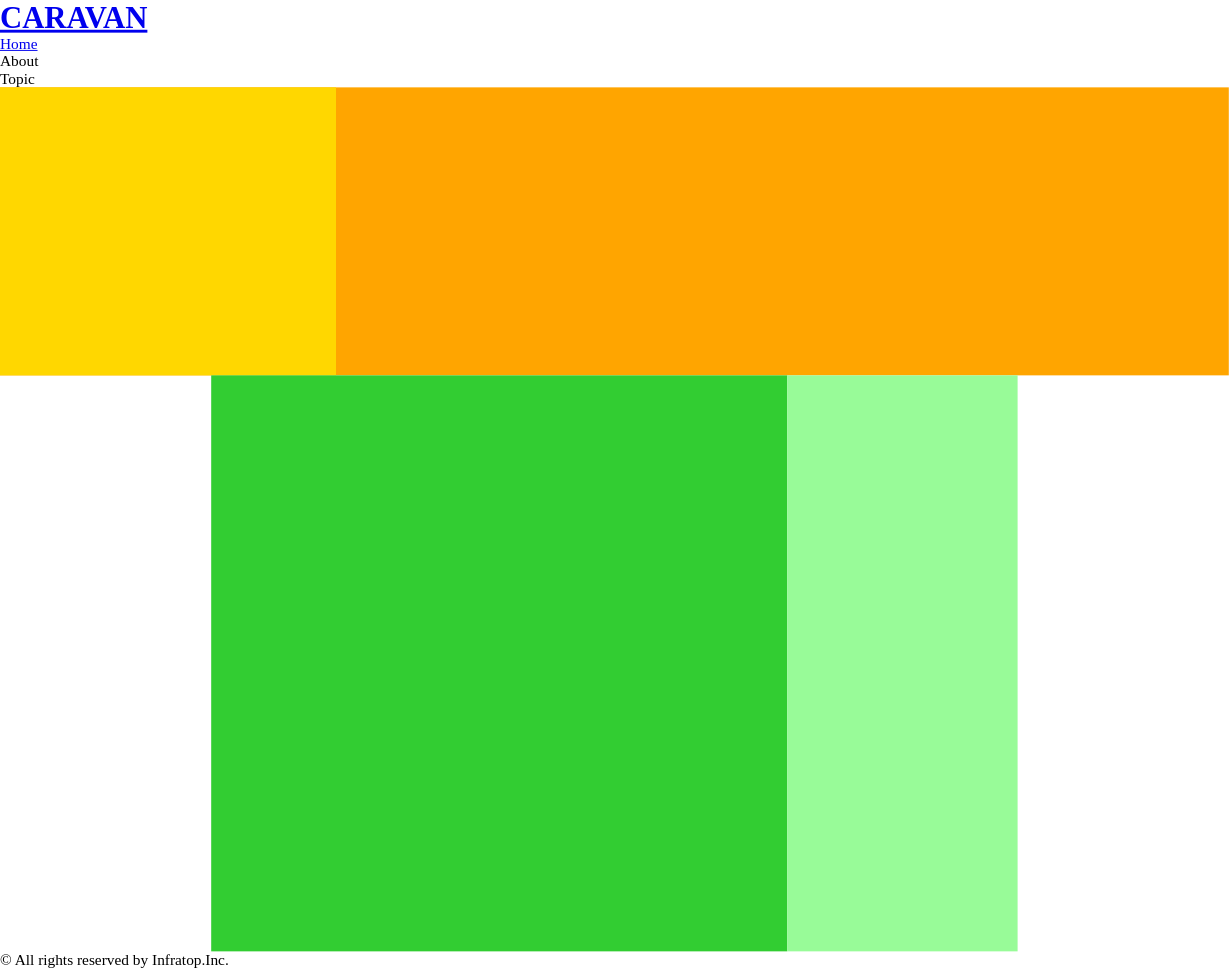
Repository: Hirotaka-DWC/dmm_webcamp_task_1
Page: caravan/index.html
The author's editor kept a record of every edit. The page is drawn from the files as they stood at one moment, then again after the next edit.
The browser window is 1280 px wide. The pictures show the whole page, at 96% of full size.

Above is the page before.

### caravan/index.html
<!DOCTYPE html>
<html lang="ja">
  <head>
    <meta charset="UTF-8" />
    <!-- CSSファイルの読み込み -->
    <link rel="stylesheet" href="style.css" />
    <title>CARAVAN</title>
  </head>

  <body>
    <!-- header -->
    <header>
      <h1 class="heading">
        <a href="index.html">
          CARAVAN
        </a>
      </h1>
    </header>
        <!-- navigation -->
    <nav>
      <ul class="nav-list">
        <li class="nav-list-item">
          <a href="index.html">Home</a>
        </li>
        <li class="nav-list-item">About</li>
        <li class="nav-list-item">Topic</li>
      </ul>
    </nav>
    <div class="main-visual">
      <div class="main-visual-content"></div>
    </div>
    <div class="main">
       <div class="blog"></div>
      <div class="sidebar"></div>
    </div>
    <footer>
      <p class="footer-text">© All rights reserved by Infratop.Inc.</p>
    </footer>
  </body>
</html>

### caravan/style.css
/* ブラウザがそれぞれ持っているCSSをリセットするための記述 */
* {
  margin: 0;
  padding: 0;
  box-sizing: border-box;
}

.header{
  width: 100%;
  height: 120px;
  background-color: red;
}

.header-top {
  width: 100%; /* 横幅いっぱい */
  height: 70px; /* 高さ100px */
  background-color: hotpink; /* 背景色hotpink */
}

.header-bottom {
  width: 100%; /* 横幅いっぱい */
  height: 50px; /* 高さ100px */
  background-color: pink; /* 背景色pink */
}

.main-visual {
  width: 100%; /* 横幅いっぱい */
  height: 300px; /* 高さ300px */
  background-color: orange; /* 背景色orange */
}

.main-visual-content {
  width: 350px; /* 横幅350px */
  height: 300px; /* 親の高さに揃える */
  background-color: gold; /* 背景色gold */
}

.main {
  width: 840px; /* 横幅840px */
  margin:0 auto;
  display: flex; /* Flexboxの利用 */
  justify-content: center; /* 子要素の横並び・中央寄せ */
}

.blog {
  width: 600px; /* 横幅600px */
  height: 600px; /* 高さ600px */
  background-color: limegreen; /* 背景色limegreen */
}

.sidebar {
  width: 240px; /* 横幅240px */
  height: 600px; /* 高さ600px */
  background-color: palegreen; /* 背景色palegreen */
}

.footer {
  width: 100%; /* 横幅いっぱい */
  height: 120px; /* 高さ120px */
  background-color: blue; /* 背景色blue */
}

After the next edit:
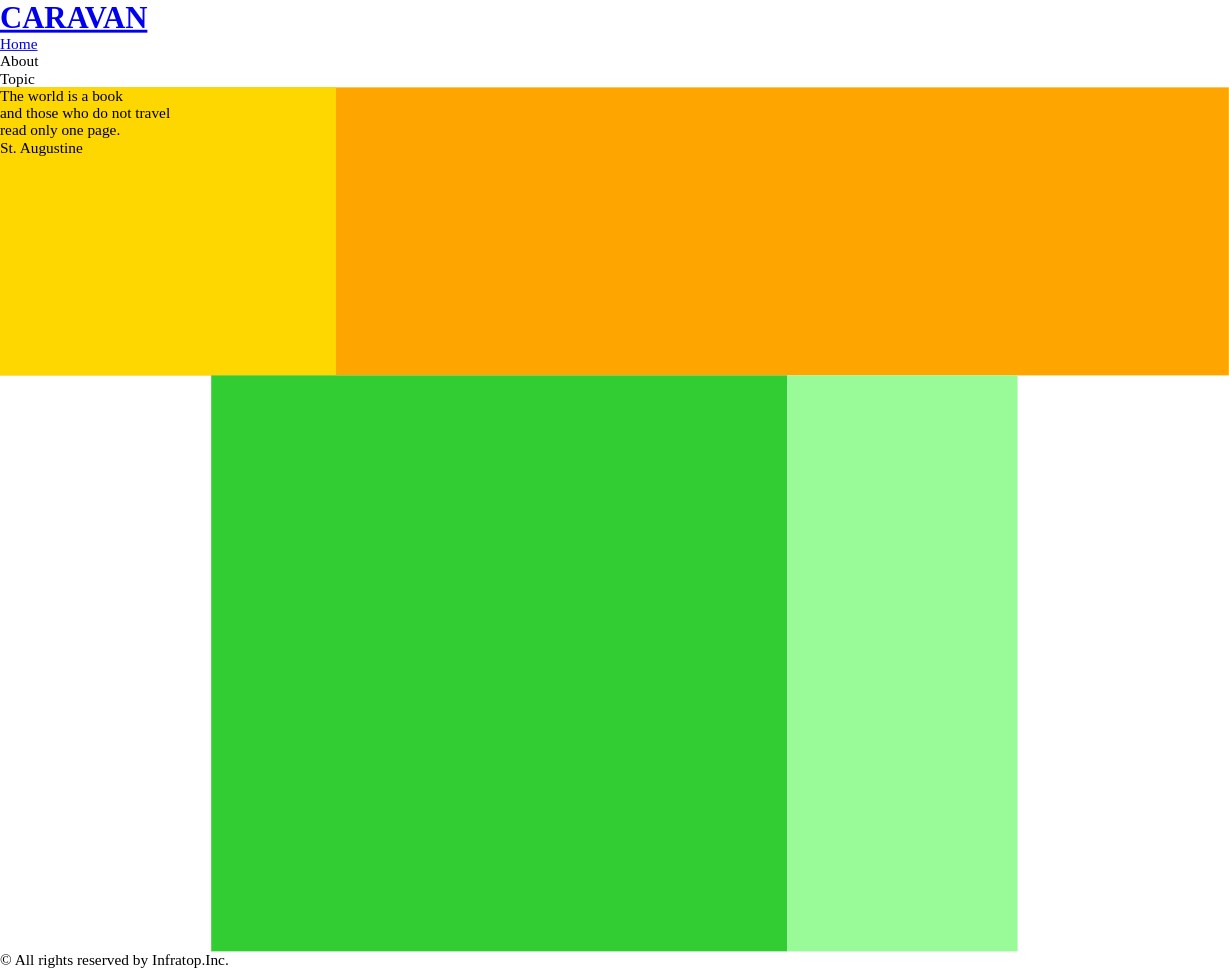
The edit:
--- a/caravan/index.html
+++ b/caravan/index.html
@@ -27,7 +27,16 @@
       </ul>
     </nav>
     <div class="main-visual">
-      <div class="main-visual-content"></div>
+      <div class="main-visual-content">
+        <p class="main-visual-text">
+          The world is a book<br />
+          and those who do not travel<br />
+          read only one page.
+        </p>
+        <p class="main-visual-name">
+          St. Augustine
+        </p>
+      </div>
     </div>
     <div class="main">
        <div class="blog"></div>
